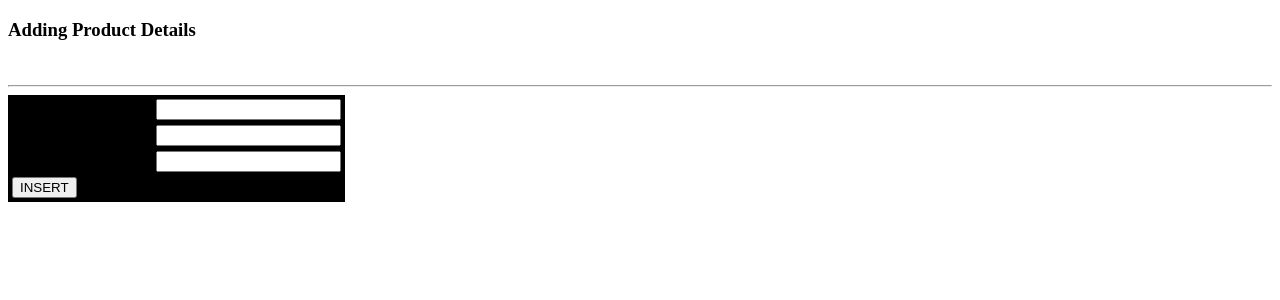
Repository: uaganesh/training
Page: ProductDetails/src/main/webapp/index.html
The author's editor kept a copy of each file at every save. The page is drawn from the files as they stood at one save, then again after the next save.
The browser window is 1280 px wide. The pictures show the whole page.

Above is the page before, as saved 2022-08-09 03:10:14.

After the next save:
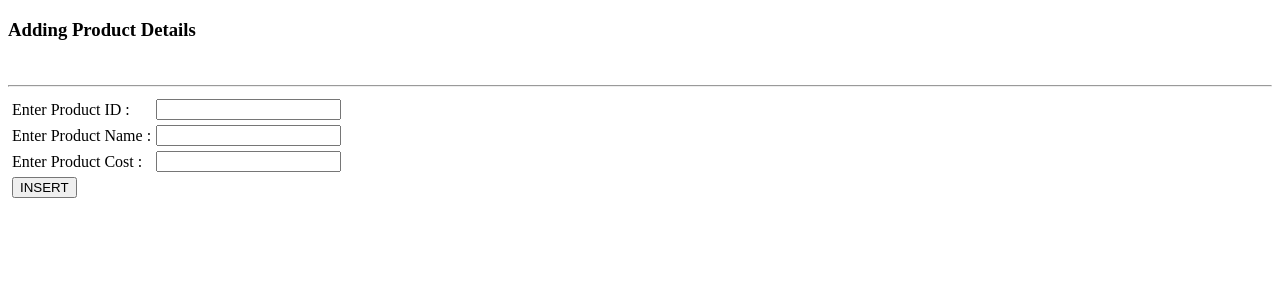
Saved 51 s later.
--- a/ProductDetails/src/main/webapp/index.html
+++ b/ProductDetails/src/main/webapp/index.html
@@ -8,7 +8,7 @@
 <form action="ProductController" method="post">
 <h3>Adding Product Details</h3><br>
 <hr>
-<table cellspacing="3" bgcolor="#000000">
+<table cellspacing="3">
 <tr>
 <td>Enter Product ID :</td><td><input type="text" name="pid"></td>
 </tr>
